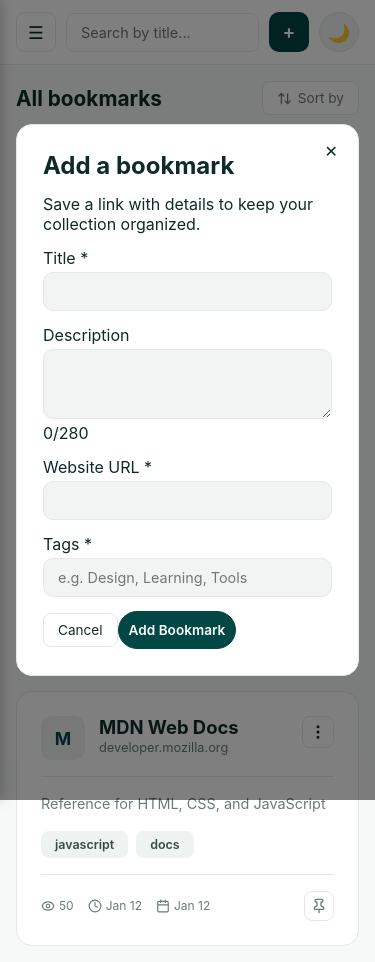
Repository: K0k1M4r/Big-Game-React
Page: /, after clicking the first element matching `button.add-bookmark-btn`
The author's editor kept a copy of each file at every save. The page is drawn from the files as they stood at one save, then again after the next save.
The browser window is 375 px wide. The pictures show the whole page.
The project was rebuilt for these pictures with package versions that can differ from the ones it lists, and the page was loaded fresh each time. Also part of the build but not shown: vite.config.js.

Above is the page before, as saved 2026-09-23 20:16:55.

### index.html
<!doctype html>
<html lang="en">
  <head>
    <meta charset="UTF-8" />
    <link rel="icon" type="image/svg+xml" href="/favicon.svg" />
    <meta name="viewport" content="width=device-width, initial-scale=1.0" />
    <title>bookmark-manager</title>
  </head>
  <body>
    <div id="root"></div>
    <script type="module" src="/src/main.jsx"></script>
  </body>
</html>

### src/index.css
/* ===== Reset & Base ===== */
* {
  box-sizing: border-box;
  margin: 0;
  padding: 0;
}

body {
  font-family: -apple-system, BlinkMacSystemFont, "Segoe UI", Roboto, Helvetica, Arial, sans-serif;
  background-color: var(--bg-color);
  color: var(--text-color);
  transition: background-color 0.2s, color 0.2s;
}

/* ===== Theme Variables ===== */
:root[data-theme="light"] {
  --bg-color: #f7f9f8;
  --sidebar-bg: #ffffff;
  --header-bg: #ffffff;
  --card-bg: #ffffff;
  --input-bg: #f2f4f3;
  --search-bg: #ffffff;
  --search-border: #e4e8e7;
  --list-bg: #f7f9f8;
  --text-color: #0f2b27;
  --muted-text: #6b7b78;
  --border-color: #e4e8e7;
  --tag-bg: #eef2f1;
  --tag-text: #3a4a47;
  --accent-color: #014745;
  --accent-hover: #026358;
  --error-color: #dc2626;
  --checkbox-border: #6b7b78;
  --nav-active-bg: #e8f0ee;
}

:root[data-theme="dark"] {
  --bg-color: #0c2622;
  --sidebar-bg: #001f1f;
  --header-bg: #001f1f;
  --card-bg: #0f3430;
  --input-bg: #123833;
  --search-bg: #002e2d;
  --search-border: #004241;
  --list-bg: #001414;
  --text-color: #f2f7f5;
  --muted-text: #9fb5b0;
  --border-color: #1c4d46;
  --tag-bg: #164039;
  --tag-text: #cfe6df;
  --accent-color: #014745;
  --accent-hover: #026358;
  --error-color: #f87171;
  --checkbox-border: #5a7a74;
  --nav-active-bg: #0d3a35;
}

button {
  font-family: inherit;
  cursor: pointer;
  border: 1px solid var(--border-color);
  background-color: var(--card-bg);
  color: var(--text-color);
  border-radius: 8px;
  padding: 8px 14px;
  font-size: 0.85rem;
  transition: background-color 0.15s, border-color 0.15s;
}

button:hover {
  filter: brightness(0.96);
}

input:not([type="checkbox"]),
textarea,
select {
  font-family: inherit;
  font-size: 0.9rem;
  padding: 10px 14px;
  border: 1px solid var(--border-color);
  border-radius: 10px;
  background-color: var(--input-bg);
  color: var(--text-color);
  width: 100%;
}

input:focus,
textarea:focus,
select:focus {
  outline: none;
  border-color: var(--accent-color);
}

/* ===== App Layout ===== */
.app {
  min-height: 100vh;
}

.app-body {
  display: flex;
  min-height: 100vh;
}

.main-column {
  flex: 1;
  display: flex;
  flex-direction: column;
  min-width: 0;
}

.logo-icon {
  display: inline-flex;
  align-items: center;
  justify-content: center;
  width: 32px;
  height: 32px;
  background-color: var(--accent-color);
  border-radius: 8px;
  color: #ffffff;
}

/* ===== Sidebar ===== */
.sidebar {
  width: 240px;
  flex-shrink: 0;
  background-color: var(--sidebar-bg);
  border-right: 1px solid var(--border-color);
  padding: 20px 16px;
  display: flex;
  flex-direction: column;
  gap: 4px;
}

.sidebar-logo {
  font-weight: 700;
  font-size: 1.05rem;
  margin-bottom: 16px;
  display: flex;
  align-items: center;
  gap: 8px;
}

.sidebar > button {
  display: flex;
  align-items: center;
  gap: 10px;
  border: none;
  background: transparent;
  text-align: left;
  width: 100%;
  padding: 8px 10px;
  border-radius: 8px;
  font-size: 0.9rem;
  color: var(--text-color);
}

.sidebar > button svg {
  flex-shrink: 0;
}

.sidebar button.active {
  background-color: var(--tag-bg);
  font-weight: 600;
}

.sidebar-tags-label {
  font-size: 0.7rem;
  text-transform: uppercase;
  letter-spacing: 0.05em;
  color: var(--muted-text);
  margin: 16px 0 6px 10px;
}

.sidebar-tags {
  display: flex;
  flex-direction: column;
  gap: 4px;
}

.sidebar-tag {
  display: flex;
  align-items: center;
  gap: 12px;
  padding: 8px 4px;
  border-radius: 8px;
  cursor: pointer;
  font-size: 0.9rem;
}

.sidebar-tag:hover {
  background-color: var(--tag-bg);
}

.sidebar-tag input[type="checkbox"] {
  width: 18px;
  height: 18px;
  margin: 0;
  flex-shrink: 0;
  appearance: none;
  -webkit-appearance: none;
  border: 1.5px solid var(--checkbox-border);
  border-radius: 4px;
  background-color: transparent;
  cursor: pointer;
  position: relative;
}

.sidebar-tag input[type="checkbox"]:checked {
  background-color: var(--accent-color);
  border-color: var(--accent-color);
}

.sidebar-tag input[type="checkbox"]:checked::after {
  content: "";
  position: absolute;
  left: 5px;
  top: 1px;
  width: 5px;
  height: 10px;
  border: solid white;
  border-width: 0 2px 2px 0;
  transform: rotate(45deg);
}

.tag-name {
  flex: 1;
  color: var(--text-color);
}

.tag-count {
  margin-left: auto;
  min-width: 22px;
  height: 22px;
  display: flex;
  align-items: center;
  justify-content: center;
  font-size: 0.75rem;
  color: var(--muted-text);
  background-color: var(--tag-bg);
  border-radius: 999px;
  padding: 0 6px;
}

/* ===== Header ===== */
.app-header {
  display: flex;
  align-items: center;
  gap: 16px;
  background-color: var(--header-bg);
  border-bottom: 1px solid var(--border-color);
  padding: 16px 24px;
}

.menu-btn {
  display: none;
  width: 40px;
  height: 40px;
  flex-shrink: 0;
  align-items: center;
  justify-content: center;
  font-size: 1.1rem;
  padding: 0;
  background-color: var(--card-bg);
}

input.search-bar {
  width: 320px;
  flex: 0 0 320px;
  border-radius: 8px;
  background-color: var(--search-bg);
  border: 1px solid var(--search-border);
}

.add-bookmark-btn {
  margin-left: auto;
  background-color: var(--accent-color);
  color: #ffffff;
  border: none;
  border-radius: 999px;
  padding: 10px 18px;
  font-weight: 600;
  white-space: nowrap;
  flex-shrink: 0;
  display: flex;
  align-items: center;
  justify-content: center;
}

.add-bookmark-btn:hover {
  background-color: var(--accent-hover);
}

.add-bookmark-icon {
  display: none;
}

.theme-avatar-btn {
  width: 40px;
  height: 40px;
  border-radius: 50%;
  display: flex;
  align-items: center;
  justify-content: center;
  background-color: var(--tag-bg);
  border: 1px solid var(--border-color);
  font-size: 1.1rem;
  flex-shrink: 0;
  padding: 0;
}

/* ===== Main Content ===== */
.app-main {
  flex: 1;
  padding: 24px;
  display: flex;
  flex-direction: column;
  gap: 18px;
  min-width: 0;
  background-color: var(--list-bg);
}

.content-header {
  display: flex;
  align-items: center;
  justify-content: space-between;
  gap: 12px;
}

.content-header h2 {
  font-size: 1.3rem;
  font-weight: 700;
}

/* ===== Sort dropdown (custom) ===== */
.sort-wrapper {
  position: relative;
  flex-shrink: 0;
}

.sort-trigger {
  display: flex;
  align-items: center;
  gap: 6px;
  border: 1px solid var(--border-color);
  border-radius: 8px;
  padding: 8px 14px;
  background-color: var(--card-bg);
  color: var(--muted-text);
  font-size: 0.85rem;
}

.sort-dropdown {
  position: absolute;
  top: 42px;
  right: 0;
  background-color: var(--card-bg);
  border: 1px solid var(--border-color);
  border-radius: 10px;
  box-shadow: 0 4px 16px rgba(0, 0, 0, 0.15);
  display: flex;
  flex-direction: column;
  min-width: 130px;
  overflow: hidden;
  z-index: 10;
}

.sort-dropdown button {
  border: none;
  border-radius: 0;
  text-align: left;
  padding: 10px 14px;
  font-size: 0.85rem;
  background: transparent;
  color: var(--text-color);
}

.sort-dropdown button:hover {
  background-color: var(--tag-bg);
}

.sort-dropdown button.active {
  background-color: var(--tag-bg);
  font-weight: 600;
}

/* ===== Bookmark List & Card ===== */
.bookmark-list {
  display: grid;
  grid-template-columns: repeat(auto-fill, minmax(270px, 1fr));
  gap: 16px;
}

.bookmark-card {
  position: relative;
  background-color: var(--card-bg);
  border: 1px solid var(--border-color);
  border-radius: 16px;
  padding: 24px;
  display: flex;
  flex-direction: column;
  gap: 16px;
}

.bookmark-card.pinned {
  border-color: var(--accent-color);
}

.bookmark-card-header {
  display: flex;
  align-items: flex-start;
  gap: 14px;
}

.bookmark-favicon {
  flex-shrink: 0;
  width: 44px;
  height: 44px;
  border-radius: 10px;
  background-color: var(--tag-bg);
  color: var(--accent-color);
  display: flex;
  align-items: center;
  justify-content: center;
  font-weight: 700;
  font-size: 1.1rem;
}

.bookmark-title-group {
  flex: 1;
  min-width: 0;
}

.bookmark-card h3 {
  font-size: 1.15rem;
  font-weight: 700;
  margin-bottom: 2px;
}

.bookmark-domain {
  font-size: 0.8rem;
  color: var(--muted-text);
}

.bookmark-divider {
  height: 1px;
  background-color: var(--border-color);
}

.bookmark-card .description {
  font-size: 0.9rem;
  color: var(--muted-text);
  line-height: 1.5;
}

.tag-list {
  display: flex;
  flex-wrap: wrap;
  gap: 8px;
  list-style: none;
}

.tag {
  background-color: var(--tag-bg);
  color: var(--tag-text);
  font-size: 0.78rem;
  font-weight: 600;
  padding: 6px 14px;
  border-radius: 8px;
}

/* ===== Card top-right menu ===== */
.card-menu {
  position: relative;
  flex-shrink: 0;
}

.card-menu-btn {
  width: 32px;
  height: 32px;
  padding: 0;
  display: flex;
  align-items: center;
  justify-content: center;
  background: transparent;
  border: 1px solid var(--border-color);
  border-radius: 8px;
}

.card-menu-dropdown {
  position: absolute;
  top: 38px;
  right: 0;
  background-color: var(--card-bg);
  border: 1px solid var(--border-color);
  border-radius: 10px;
  box-shadow: 0 4px 16px rgba(0, 0, 0, 0.15);
  display: flex;
  flex-direction: column;
  min-width: 130px;
  overflow: hidden;
  z-index: 10;
}

.card-menu-dropdown button {
  border: none;
  border-radius: 0;
  text-align: left;
  padding: 10px 14px;
  font-size: 0.85rem;
  background: transparent;
}

.card-menu-dropdown button:hover {
  background-color: var(--tag-bg);
}

.card-menu-dropdown .menu-delete {
  color: var(--error-color);
}

/* ===== Card bottom meta row ===== */
.bookmark-meta {
  display: flex;
  align-items: center;
  gap: 14px;
  font-size: 0.75rem;
  color: var(--muted-text);
}

.meta-item {
  display: flex;
  align-items: center;
  gap: 4px;
}

.pin-icon-btn {
  margin-left: auto;
  width: 30px;
  height: 30px;
  padding: 0;
  display: flex;
  align-items: center;
  justify-content: center;
  border-radius: 8px;
  background: transparent;
  border: 1px solid var(--border-color);
  color: var(--muted-text);
}

.pin-icon-btn.active {
  background-color: var(--accent-color);
  border-color: var(--accent-color);
  color: #ffffff;
}

.archived-label {
  position: absolute;
  bottom: 14px;
  right: 14px;
  font-size: 0.7rem;
  color: var(--muted-text);
  font-style: italic;
}

/* ===== Empty / Loading States ===== */
.empty-state {
  text-align: center;
  color: var(--muted-text);
  padding: 60px 20px;
  font-size: 1rem;
}

/* ===== Modal ===== */
.modal-overlay {
  position: fixed;
  inset: 0;
  background-color: rgba(0, 0, 0, 0.5);
  display: flex;
  align-items: center;
  justify-content: center;
  z-index: 100;
  padding: 16px;
}

.modal-content {
  position: relative;
  background-color: var(--card-bg);
  border: 1px solid var(--border-color);
  border-radius: 16px;
  padding: 26px;
  width: 100%;
  max-width: 420px;
  max-height: 90vh;
  overflow-y: auto;
}

.modal-close {
  position: absolute;
  top: 12px;
  right: 12px;
  border: none;
  background: transparent;
  font-size: 1rem;
  padding: 4px 8px;
}

/* ===== Bookmark Form ===== */
.bookmark-form {
  display: flex;
  flex-direction: column;
  gap: 14px;
}

.form-field {
  display: flex;
  flex-direction: column;
  gap: 4px;
}

.form-field textarea {
  resize: vertical;
  min-height: 70px;
  border-radius: 10px;
}

.error {
  color: var(--error-color);
  font-size: 0.8rem;
}

.bookmark-form button[type="submit"] {
  background-color: var(--accent-color);
  color: #ffffff;
  border-color: var(--accent-color);
  padding: 10px;
  border-radius: 999px;
  font-weight: 600;
}

/* ===== Responsive: Tablet — sidebar becomes a drawer ===== */
@media (max-width: 1024px) {
  .menu-btn {
    display: flex;
  }

  .sidebar {
    position: absolute;
    top: 0;
    left: 0;
    height: 100%;
    z-index: 50;
    transform: translateX(-100%);
    transition: transform 0.2s ease;
    box-shadow: 2px 0 12px rgba(0, 0, 0, 0.2);
  }

  .sidebar.sidebar-open {
    transform: translateX(0);
  }
}

/* ===== Responsive: Mobile — search bar and Add button collapse ===== */
@media (max-width: 600px) {
  .app-header {
    padding: 12px 16px;
    gap: 10px;
  }

  input.search-bar {
    width: auto;
    flex: 1 1 auto;
    min-width: 0;
  }

  .add-bookmark-btn {
    margin-left: 0;
  }

  .add-bookmark-text {
    display: none;
  }

  .add-bookmark-icon {
    display: block;
  }

  .add-bookmark-btn {
    width: 40px;
    height: 40px;
    border-radius: 10px;
    padding: 0;
    font-size: 1.2rem;
  }

  .app-main {
    padding: 16px;
  }

  .bookmark-list {
    grid-template-columns: 1fr;
  }

  .content-header {
    flex-wrap: wrap;
  }
}

### src/components/Layout/Header.jsx
import SearchBar from "../SearchBar";

function Header({ theme, onToggleTheme, searchTerm, onSearchChange, onAddClick, onMenuClick }) {
  return (
    <header className="app-header">
      <button className="menu-btn" onClick={onMenuClick} aria-label="Toggle menu">
        ☰
      </button>

      <SearchBar searchTerm={searchTerm} onSearchChange={onSearchChange} />

      <button className="add-bookmark-btn" onClick={onAddClick}>
        <span className="add-bookmark-text">+ Add Bookmark</span>
        <span className="add-bookmark-icon">+</span>
      </button>

      <button
        className="theme-avatar-btn"
        onClick={onToggleTheme}
        title="Toggle theme"
      >
        {theme === "light" ? "🌙" : "☀️"}
      </button>
    </header>
  );
}

export default Header;

### src/components/Layout/Sidebar.jsx
import { Bookmark, Home, Archive } from "lucide-react";

function Sidebar({ currentView, onChangeView, tags = [], selectedTag, onSelectTag, isOpen }) {
  return (
    <nav className={`sidebar ${isOpen ? "sidebar-open" : ""}`}>
      <div className="sidebar-logo">
        <span className="logo-icon">
          <Bookmark size={18} />
        </span>
        Bookmark Manager
      </div>

      <button
        className={currentView === "all" ? "active" : ""}
        onClick={() => onChangeView("all")}
      >
        <Home size={18} /> Home
      </button>
      <button
        className={currentView === "archived" ? "active" : ""}
        onClick={() => onChangeView("archived")}
      >
        <Archive size={18} /> Archived
      </button>

      <p className="sidebar-tags-label">Tags</p>

      <div className="sidebar-tags">
        {tags.map(({ name, count }) => (
          <label key={name} className="sidebar-tag">
            <input
              type="checkbox"
              checked={selectedTag === name}
              onChange={() =>
                onSelectTag(selectedTag === name ? "All" : name)
              }
            />
            <span className="tag-name">{name}</span>
            <span className="tag-count">{count}</span>
          </label>
        ))}
      </div>
    </nav>
  );
}

export default Sidebar;

### src/components/SortSelect.jsx
import { useState, useRef, useEffect } from "react";
import { ArrowUpDown } from "lucide-react";

const OPTIONS = [
  { value: "newest", label: "Newest" },
  { value: "oldest", label: "Oldest" },
  { value: "az", label: "A-Z" },
  { value: "za", label: "Z-A" },
];

function SortSelect({ sortOption, onSortChange }) {
  const [open, setOpen] = useState(false);
  const wrapperRef = useRef(null);

  useEffect(() => {
    function handleClickOutside(e) {
      if (wrapperRef.current && !wrapperRef.current.contains(e.target)) {
        setOpen(false);
      }
    }
    document.addEventListener("mousedown", handleClickOutside);
    return () => document.removeEventListener("mousedown", handleClickOutside);
  }, []);

  return (
    <div className="sort-wrapper" ref={wrapperRef}>
      <button
        type="button"
        className="sort-trigger"
        onClick={() => setOpen((prev) => !prev)}
      >
        <ArrowUpDown size={15} />
        Sort by
      </button>

      {open && (
        <div className="sort-dropdown">
          {OPTIONS.map((opt) => (
            <button
              key={opt.value}
              type="button"
              className={opt.value === sortOption ? "active" : ""}
              onClick={() => {
                onSortChange(opt.value);
                setOpen(false);
              }}
            >
              {opt.label}
            </button>
          ))}
        </div>
      )}
    </div>
  );
}

export default SortSelect;

### src/components/BookmarkList.jsx
import BookmarkCard from "./BookmarkCard";

function BookmarkList({ bookmarks, onEdit, onDelete, onTogglePin, onToggleArchive, currentView, searchTerm }) {
  if (bookmarks.length === 0) {
    let message = "No bookmarks yet. Add one to get started!";

    if (searchTerm.trim()) {
      message = `No bookmarks match "${searchTerm}".`;
    } else if (currentView === "archived") {
      message = "No archived bookmarks.";
    }

    return <p className="empty-state">{message}</p>;
  }

  return (
    <div className="bookmark-list">
      {bookmarks.map((bookmark) => (
        <BookmarkCard
          key={bookmark.id}
          bookmark={bookmark}
          onEdit={onEdit}
          onDelete={onDelete}
          onTogglePin={onTogglePin}
          onToggleArchive={onToggleArchive}
        />
      ))}
    </div>
  );
}

export default BookmarkList;

### src/components/Modal.jsx
function Modal({ children, onClose }) {
  return (
    <div className="modal-overlay" onClick={onClose}>
      <div className="modal-content" onClick={(e) => e.stopPropagation()}>
        <button className="modal-close" onClick={onClose} aria-label="Close">
          ✕
        </button>
        {children}
      </div>
    </div>
  );
}

export default Modal;

### src/components/BookmarkForm.jsx
import { useState } from "react";

const DESCRIPTION_MAX = 280;

function BookmarkForm({ onSave, onCancel, initialData }) {
  const [form, setForm] = useState({
    title: initialData?.title || "",
    url: initialData?.url || "",
    description: initialData?.description || "",
    tags: initialData?.tags.join(", ") || "",
  });

  const [errors, setErrors] = useState({});

  function handleChange(e) {
    const { name, value } = e.target;
    if (name === "description" && value.length > DESCRIPTION_MAX) return;
    setForm((prev) => ({ ...prev, [name]: value }));
  }

  function isValidUrl(value) {
    try {
      new URL(value);
      return true;
    } catch {
      return false;
    }
  }

  function validate() {
    const newErrors = {};

    if (!form.title.trim()) {
      newErrors.title = "Title is required";
    }

    if (!form.url.trim()) {
      newErrors.url = "URL is required";
    } else if (!isValidUrl(form.url.trim())) {
      newErrors.url = "Please enter a valid URL";
    }

    const tagList = form.tags
      .split(",")
      .map((t) => t.trim())
      .filter(Boolean);

    if (tagList.length === 0) {
      newErrors.tags = "At least one tag is required";
    }

    return { newErrors, tagList };
  }

  function handleSubmit(e) {
    e.preventDefault();

    const { newErrors, tagList } = validate();

    if (Object.keys(newErrors).length > 0) {
      setErrors(newErrors);
      return;
    }

    const bookmarkData = {
      id: initialData ? initialData.id : crypto.randomUUID(),
      title: form.title.trim(),
      url: form.url.trim(),
      description: form.description.trim(),
      tags: tagList,
      pinned: initialData ? initialData.pinned : false,
      archived: initialData ? initialData.archived : false,
      favorite: initialData ? initialData.favorite : false,
      createdAt: initialData ? initialData.createdAt : new Date().toISOString(),
    };

    onSave(bookmarkData);
  }

  return (
    <form className="bookmark-form" onSubmit={handleSubmit}>
      <h2 className="form-title">
        {initialData ? "Edit bookmark" : "Add a bookmark"}
      </h2>
      <p className="form-subtitle">
        {initialData
          ? "Update the details for this bookmark."
          : "Save a link with details to keep your collection organized."}
      </p>

      <div className="form-field">
        <label htmlFor="title">Title *</label>
        <input
          id="title"
          type="text"
          name="title"
          value={form.title}
          onChange={handleChange}
        />
        {errors.title && <span className="error">{errors.title}</span>}
      </div>

      <div className="form-field">
        <label htmlFor="description">Description</label>
        <textarea
          id="description"
          name="description"
          value={form.description}
          onChange={handleChange}
        />
        <span className="char-count">
          {form.description.length}/{DESCRIPTION_MAX}
        </span>
      </div>

      <div className="form-field">
        <label htmlFor="url">Website URL *</label>
        <input
          id="url"
          type="text"
          name="url"
          value={form.url}
          onChange={handleChange}
        />
        {errors.url && <span className="error">{errors.url}</span>}
      </div>

      <div className="form-field">
        <label htmlFor="tags">Tags *</label>
        <input
          id="tags"
          type="text"
          name="tags"
          placeholder="e.g. Design, Learning, Tools"
          value={form.tags}
          onChange={handleChange}
        />
        {errors.tags && <span className="error">{errors.tags}</span>}
      </div>

      <div className="form-actions">
        <button type="button" className="form-cancel" onClick={onCancel}>
          Cancel
        </button>
        <button type="submit" className="form-submit">
          {initialData ? "Save Changes" : "Add Bookmark"}
        </button>
      </div>
    </form>
  );
}

export default BookmarkForm;

### src/components/SearchBar.jsx
function SearchBar({ searchTerm, onSearchChange }) {
  return (
    <input
      type="text"
      placeholder="Search by title..."
      className="search-bar"
      value={searchTerm}
      onChange={(e) => onSearchChange(e.target.value)}
    />
  );
}

export default SearchBar;

### src/components/BookmarkCard.jsx
import { useState, useRef, useEffect } from "react";
import { MoreVertical, Eye, Calendar, Clock, Pin } from "lucide-react";
import TagList from "./TagList";

function getInitial(title) {
  return title.charAt(0).toUpperCase();
}

function formatDate(dateString) {
  const date = new Date(dateString);
  return date.toLocaleDateString("en-US", { day: "numeric", month: "short" });
}

// Not a real analytics number — this app doesn't track views.
// Derived deterministically from the bookmark id so it stays stable
// across renders instead of changing randomly.
function pseudoViewCount(id) {
  let hash = 0;
  for (let i = 0; i < id.length; i++) {
    hash = (hash * 31 + id.charCodeAt(i)) % 1000;
  }
  return Math.abs(hash);
}

function BookmarkCard({ bookmark, onEdit, onDelete, onTogglePin, onToggleArchive }) {
  const [menuOpen, setMenuOpen] = useState(false);
  const menuRef = useRef(null);

  useEffect(() => {
    function handleClickOutside(e) {
      if (menuRef.current && !menuRef.current.contains(e.target)) {
        setMenuOpen(false);
      }
    }
    document.addEventListener("mousedown", handleClickOutside);
    return () => document.removeEventListener("mousedown", handleClickOutside);
  }, []);

  let domain = "";
  try {
    domain = new URL(bookmark.url).hostname.replace("www.", "");
  } catch {
    domain = bookmark.url;
  }

  return (
    <div className={`bookmark-card ${bookmark.pinned ? "pinned" : ""}`}>
      <div className="bookmark-card-header">
        <div className="bookmark-favicon">{getInitial(bookmark.title)}</div>
        <div className="bookmark-title-group">
          <h3>{bookmark.title}</h3>
          <p className="bookmark-domain">{domain}</p>
        </div>

        <div className="card-menu" ref={menuRef}>
          <button
            className="card-menu-btn"
            onClick={() => setMenuOpen((prev) => !prev)}
            aria-label="More actions"
          >
            <MoreVertical size={18} />
          </button>

          {menuOpen && (
            <div className="card-menu-dropdown">
              <button
                onClick={() => {
                  onEdit(bookmark);
                  setMenuOpen(false);
                }}
              >
                Edit
              </button>
              <button
                onClick={() => {
                  onToggleArchive(bookmark.id);
                  setMenuOpen(false);
                }}
              >
                {bookmark.archived ? "Restore" : "Archive"}
              </button>
              <button
                className="menu-delete"
                onClick={() => {
                  onDelete(bookmark.id);
                  setMenuOpen(false);
                }}
              >
                Delete
              </button>
            </div>
          )}
        </div>
      </div>

      <div className="bookmark-divider" />

      <p className="description">{bookmark.description}</p>

      <TagList tags={bookmark.tags} />

      <div className="bookmark-divider" />

      <div className="bookmark-meta">
        <span className="meta-item">
          <Eye size={14} /> {pseudoViewCount(bookmark.id)}
        </span>
        <span className="meta-item">
          <Clock size={14} /> {formatDate(bookmark.createdAt)}
        </span>
        <span className="meta-item">
          <Calendar size={14} /> {formatDate(bookmark.createdAt)}
        </span>

        <button
          className={`pin-icon-btn ${bookmark.pinned ? "active" : ""}`}
          onClick={() => onTogglePin(bookmark.id)}
          aria-label={bookmark.pinned ? "Unpin" : "Pin"}
        >
          <Pin size={16} />
        </button>
      </div>
    </div>
  );
}

export default BookmarkCard;

### src/components/TagList.jsx
function TagList({ tags }) {
  return (
    <ul className="tag-list">
      {tags.map((tag) => (
        <li key={tag} className="tag">{tag}</li>
      ))}
    </ul>
  );
}

export default TagList

Loaded but not shown: src/main.jsx (common file); public/data/bookmarks.json (46 lines, source omitted); src/App.jsx (222 lines, source omitted)

After the next save:
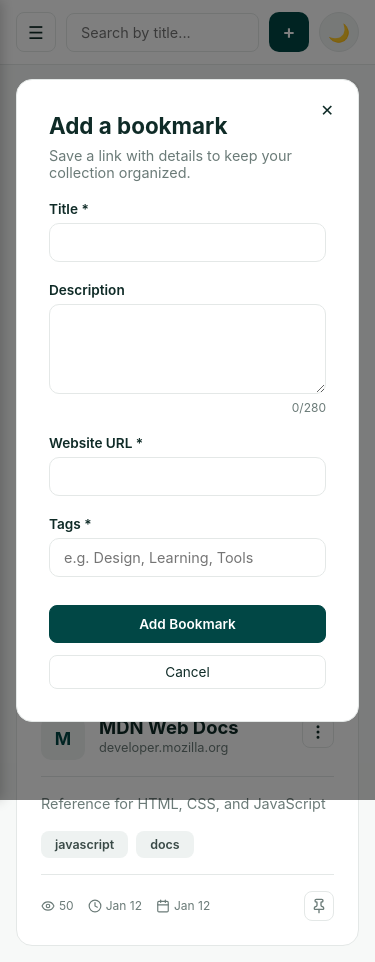
Saved 18 s later.
--- a/src/index.css
+++ b/src/index.css
@@ -587,17 +587,17 @@
   background-color: var(--card-bg);
   border: 1px solid var(--border-color);
   border-radius: 16px;
-  padding: 26px;
+  padding: 32px;
   width: 100%;
-  max-width: 420px;
+  max-width: 570px;
   max-height: 90vh;
   overflow-y: auto;
 }
 
 .modal-close {
   position: absolute;
-  top: 12px;
-  right: 12px;
+  top: 16px;
+  right: 16px;
   border: none;
   background: transparent;
   font-size: 1rem;
@@ -608,19 +608,49 @@
 .bookmark-form {
   display: flex;
   flex-direction: column;
-  gap: 14px;
+  gap: 20px;
+}
+
+.form-title {
+  font-size: 1.4rem;
+  font-weight: 700;
+  padding-right: 24px;
+}
+
+.form-subtitle {
+  font-size: 0.9rem;
+  color: var(--muted-text);
+  margin-top: -12px;
 }
 
 .form-field {
   display: flex;
   flex-direction: column;
-  gap: 4px;
+  gap: 6px;
+  position: relative;
+}
+
+.form-field label {
+  font-size: 0.85rem;
+  font-weight: 600;
+}
+
+.form-field input,
+.form-field textarea {
+  background-color: var(--search-bg);
+  border-color: var(--search-border);
 }
 
 .form-field textarea {
   resize: vertical;
-  min-height: 70px;
+  min-height: 90px;
   border-radius: 10px;
+}
+
+.char-count {
+  align-self: flex-end;
+  font-size: 0.75rem;
+  color: var(--muted-text);
 }
 
 .error {
@@ -628,12 +658,22 @@
   font-size: 0.8rem;
 }
 
-.bookmark-form button[type="submit"] {
+.form-actions {
+  display: flex;
+  justify-content: flex-end;
+  gap: 12px;
+  margin-top: 8px;
+}
+
+.form-cancel {
+  background: transparent;
+}
+
+.form-submit {
   background-color: var(--accent-color);
   color: #ffffff;
   border-color: var(--accent-color);
-  padding: 10px;
-  border-radius: 999px;
+  padding: 10px 20px;
   font-weight: 600;
 }
 
@@ -703,4 +743,12 @@
   .content-header {
     flex-wrap: wrap;
   }
-}
+
+  .form-actions {
+    flex-direction: column-reverse;
+  }
+
+  .form-actions button {
+    width: 100%;
+  }
+}
